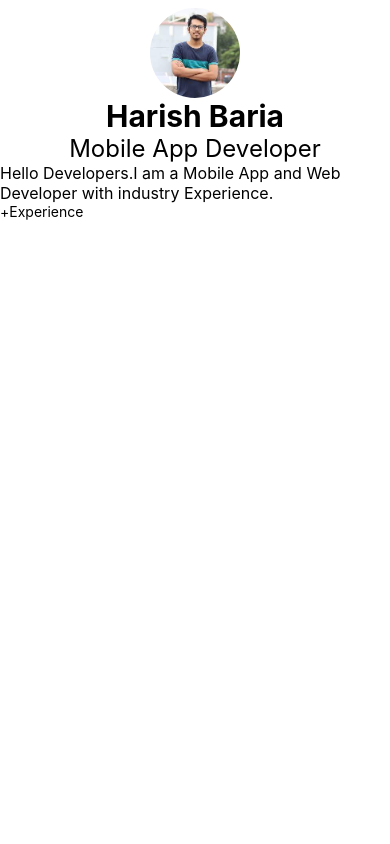
Repository: harishbariya/React-Native-ui-desiign
Screen: /
These files come from the project's save history. The screen is drawn as it stood at one moment and after the next save; the edit follows.
The app was drawn by React Native's web renderer in a window 390 px wide. The project was rebuilt for these pictures with package versions that can differ from the ones it lists, and the page was loaded fresh each time.

Above is the screen before, as saved 2021-11-17 14:22:29.

After the next save:
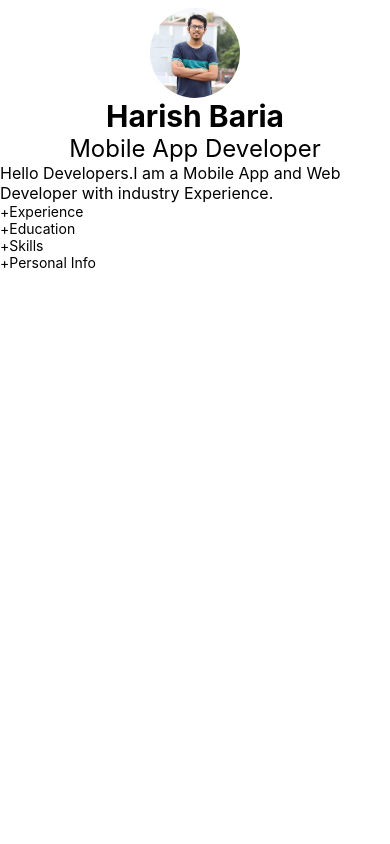
Saved 47 s later.
--- a/App.js
+++ b/App.js
@@ -21,6 +21,23 @@ class App extends Component
           <Text>+</Text>
           <Text>Experience</Text>
         </View>
+
+
+        <View style={{flexDirection:"row"}}>
+          <Text>+</Text>
+          <Text>Education</Text>
+        </View>
+
+        <View style={{flexDirection:"row"}}>
+          <Text>+</Text>
+          <Text>Skills</Text>
+        </View>
+
+        <View style={{flexDirection:"row"}}>
+          <Text>+</Text>
+          <Text>Personal Info</Text>
+        </View>
+
       </View>
 
       </View>
